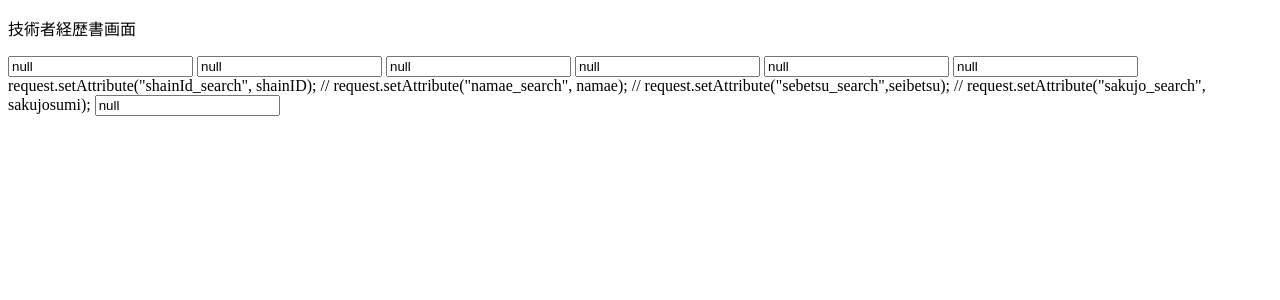
Repository: nguyenvantandev/WebApp
Page: http://localhost/EmployeeInfoSystem/Resume.jsp
The author's editor kept a copy of each file at every save. The page is drawn from the files as they stood at one save, then again after the next save.
The browser window is 1280 px wide. The pictures show the whole page.
The page is served by Tomcat 9. Other server files are loaded and not shown.

Above is the page before, as saved 2016-06-14 01:33:33.

### EmployeeInfoSystem/WebContent/Resume.jsp
<%@ page language="java" contentType="text/html; charset=UTF-8"
    pageEncoding="UTF-8"%>
<!DOCTYPE html PUBLIC "-//W3C//DTD HTML 4.01 Transitional//EN" "http://www.w3.org/TR/html4/loose.dtd">
<html>
<head>
<meta http-equiv="Content-Type" content="text/html; charset=UTF-8">
<title>技術者経歴書画面</title>
</head>
<body>
<p>技術者経歴書画面</p>
<input type="text" name="id" name="id" value="<%=request.getAttribute("id")%>" >

<!--社員マスタ検索画面と 経歴書検索画面の該当行の社員ID -->
<input type="text" id="actionId" name="actionId" value="<%=request.getAttribute("actionId")%>">
<!--社員マスタ検索画面  -->
<input type="text" id="shain_shainId" name="shain_shainId" value="<%=request.getAttribute("shain_shainId")%>">
<input type="text" id="shain_namae" name="shain_namae" value="<%=request.getAttribute("shain_namae")%>">
<input type="text" id="shain_sebetsu" name="shain_sebetsu" value="<%=request.getAttribute("shain_sebetsu")%>">
<input type="text" id="shain_sakujo" name="shain_sakujo" value="<%=request.getAttribute("shain_sakujo")%>">

request.setAttribute("shainId_search", shainID);
//			request.setAttribute("namae_search", namae);
//			request.setAttribute("sebetsu_search",seibetsu);
//			request.setAttribute("sakujo_search", sakujosumi);

<!--経歴書検索画面  -->
<input type="text" id="" name="" value="<%=request.getAttribute("")%>">
</body>
</html>

After the next save:
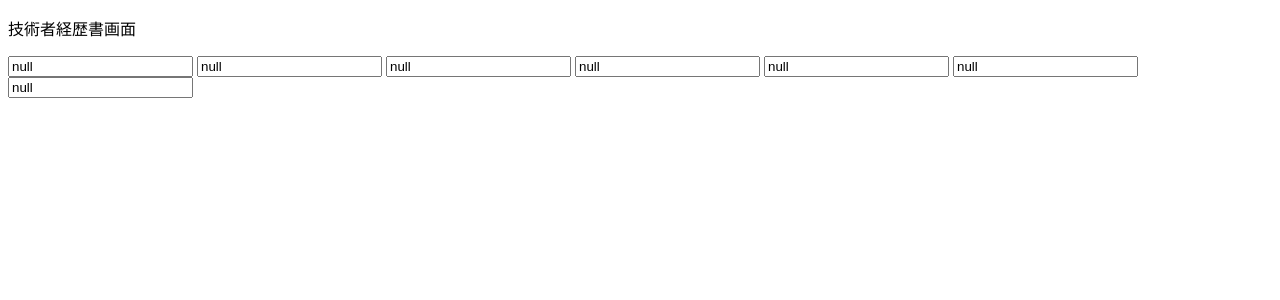
Saved 7 s later.
--- a/EmployeeInfoSystem/WebContent/Resume.jsp
+++ b/EmployeeInfoSystem/WebContent/Resume.jsp
@@ -18,11 +18,6 @@
 <input type="text" id="shain_sebetsu" name="shain_sebetsu" value="<%=request.getAttribute("shain_sebetsu")%>">
 <input type="text" id="shain_sakujo" name="shain_sakujo" value="<%=request.getAttribute("shain_sakujo")%>">
 
-request.setAttribute("shainId_search", shainID);
-//			request.setAttribute("namae_search", namae);
-//			request.setAttribute("sebetsu_search",seibetsu);
-//			request.setAttribute("sakujo_search", sakujosumi);
-
 <!--経歴書検索画面  -->
 <input type="text" id="" name="" value="<%=request.getAttribute("")%>">
 </body>
